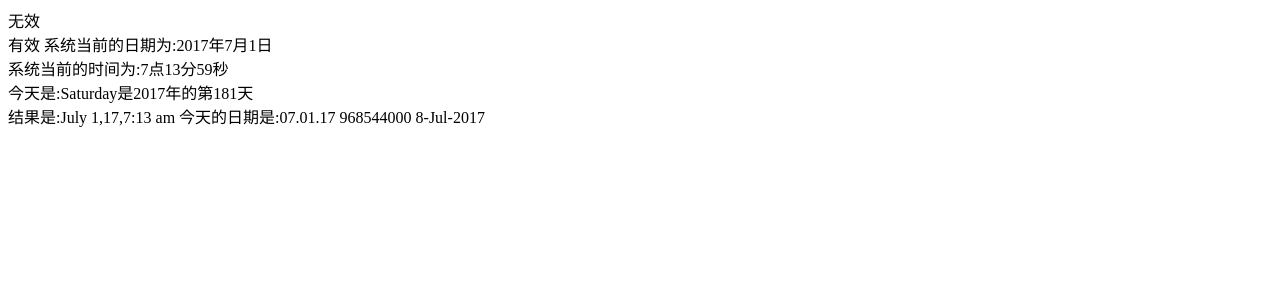
Repository: ljcan/PHP_Scripts
Page: http://localhost/src/new_file04.php
The author's editor kept a copy of each file at every save. The page is drawn from the files as they stood at one save, then again after the next save.
The browser window is 1280 px wide. The pictures show the whole page.
The page is run by PHP 8.4 with error messages shown; the project is at /var/www/html/.

Above is the page before, as saved 2017-07-03 14:48:29.

### myjavascript_file/myphp/src/new_file04.php
<html>
	<head>
		 <meta http-equiv="Content-Type" content="text/html; charset=utf-8" />
		 <title>测试PHP</title>
	</head>
	<body>
        <?php
        $nowtime=getdate();
		echo checkdate(2, 31, 2017)?"有效":"无效"."</br>";
		echo checkdate(5, 31, 2017)?"有效\n":"无效\n";
		echo "系统当前的日期为:".$nowtime["year"]."年".$nowtime["mon"]."月".$nowtime["mday"]."日"."</br>";
		echo "系统当前的时间为:".$nowtime["hours"]."点".$nowtime["minutes"]."分".$nowtime["seconds"]."秒"."</br>";
		echo "今天是:".$nowtime["weekday"]."是".$nowtime["year"]."年的第".$nowtime["yday"]."天"."</br>";
		echo "结果是:".date("F j,y,g:i a")."\n";
		echo "今天的日期是:".date("m.d.y")."\n";
		echo strtotime("10 september 2000")."\n";
		echo date("j-M-Y",strtotime("+1 week"));
		?>
	</body>
</html>

After the next save:
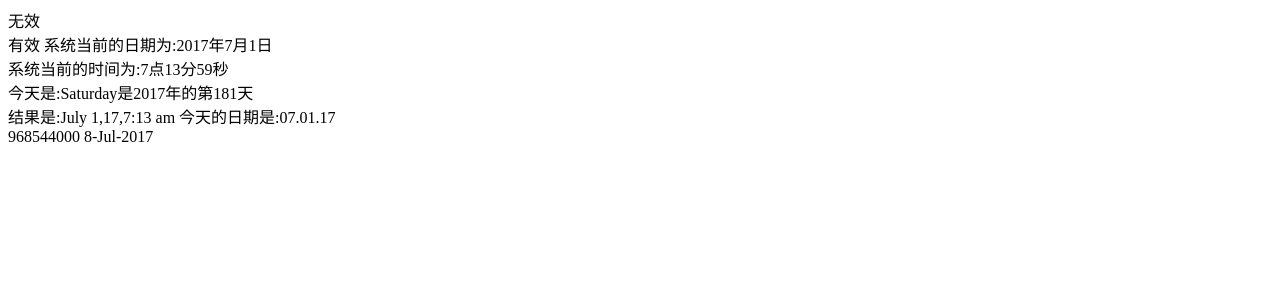
Saved 38 s later.
--- a/myjavascript_file/myphp/src/new_file04.php
+++ b/myjavascript_file/myphp/src/new_file04.php
@@ -13,7 +13,7 @@
 		echo "今天是:".$nowtime["weekday"]."是".$nowtime["year"]."年的第".$nowtime["yday"]."天"."</br>";
 		echo "结果是:".date("F j,y,g:i a")."\n";
 		echo "今天的日期是:".date("m.d.y")."\n";
-		echo strtotime("10 september 2000")."\n";
+		echo '</br>'.strtotime("10 september 2000")."\n";
 		echo date("j-M-Y",strtotime("+1 week"));
 		?>
 	</body>

After the save that followed:
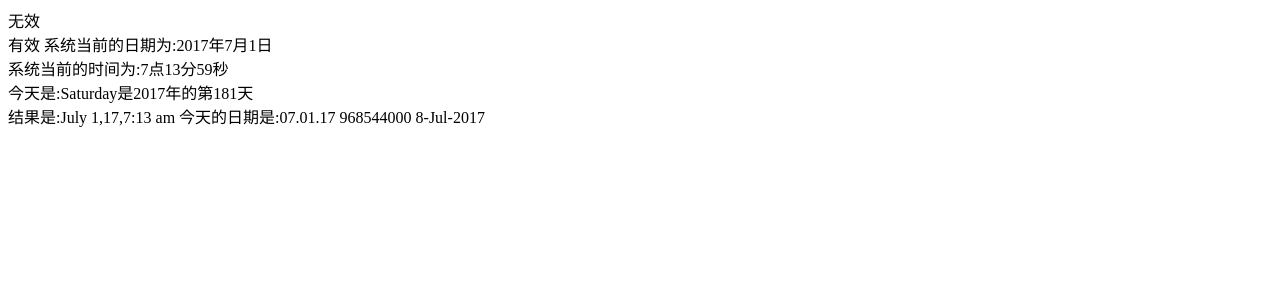
Saved 14 s later.
--- a/myjavascript_file/myphp/src/new_file04.php
+++ b/myjavascript_file/myphp/src/new_file04.php
@@ -13,7 +13,7 @@
 		echo "今天是:".$nowtime["weekday"]."是".$nowtime["year"]."年的第".$nowtime["yday"]."天"."</br>";
 		echo "结果是:".date("F j,y,g:i a")."\n";
 		echo "今天的日期是:".date("m.d.y")."\n";
-		echo '</br>'.strtotime("10 september 2000")."\n";
+		echo strtotime("10 september 2000")."\n";
 		echo date("j-M-Y",strtotime("+1 week"));
 		?>
 	</body>
